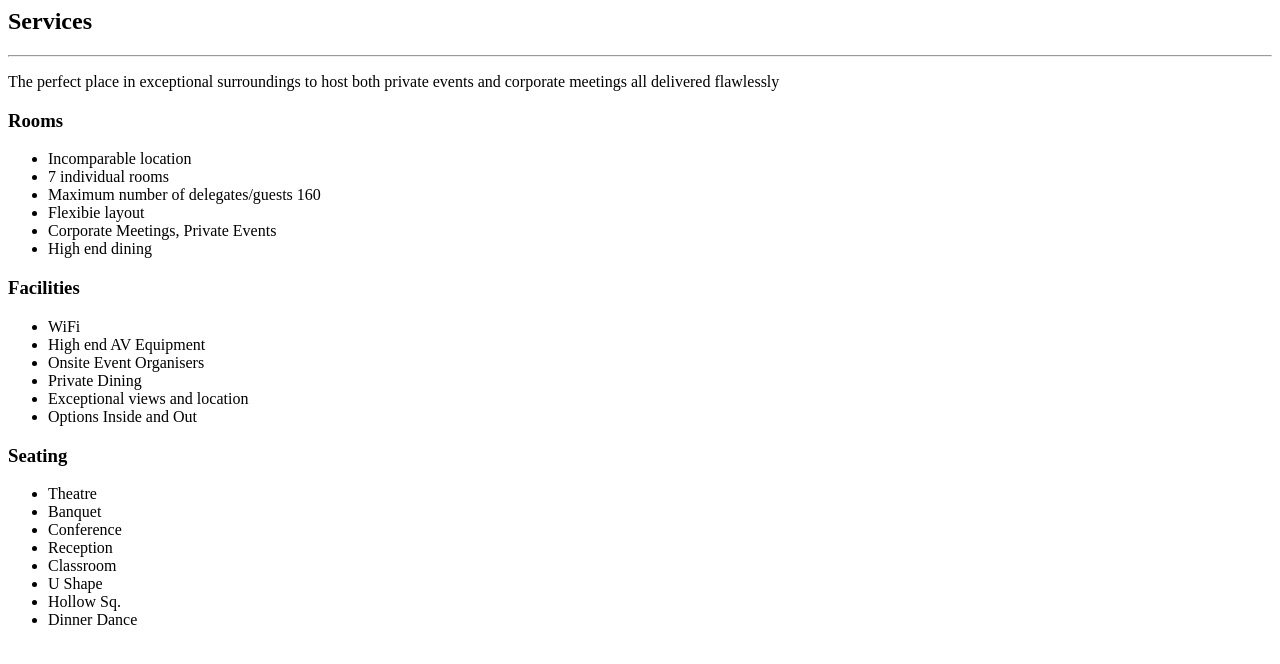
Repository: HackITtoday/newhotel
Page: app/Angular Blocks/meet-block.html
The author's editor kept a record of every edit. The page is drawn from the files as they stood at one moment, then again after the next edit.
The browser window is 1280 px wide. The pictures show the whole page.

Above is the page before.

After the next edit:
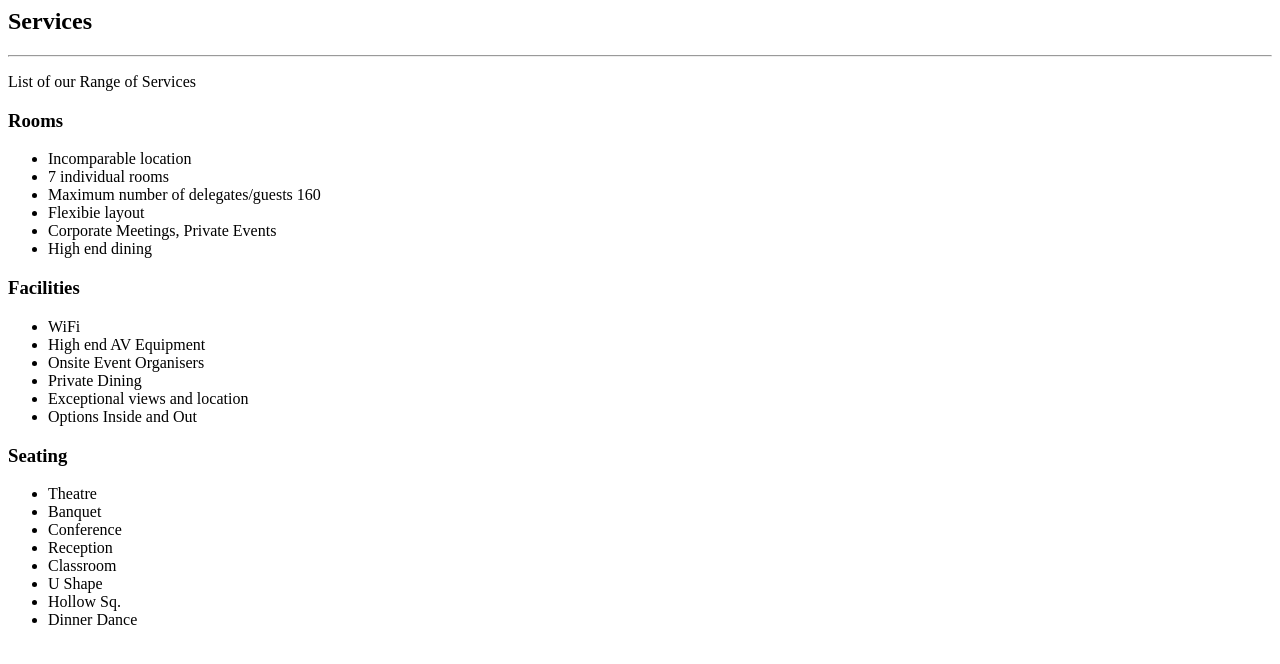
The edit:
--- a/app/Angular Blocks/meet-block.html
+++ b/app/Angular Blocks/meet-block.html
@@ -4,7 +4,7 @@
             <div class="col-lg-12 wow fadeIn">
                 <h2>Services</h2></h2>
                 <hr class="colored">
-                <p>The perfect place in exceptional surroundings to host both private events and corporate meetings all delivered flawlessly</p>
+                <p>List of our Range of Services</p>
             </div>
         </div>
         <div class="row content-row">
